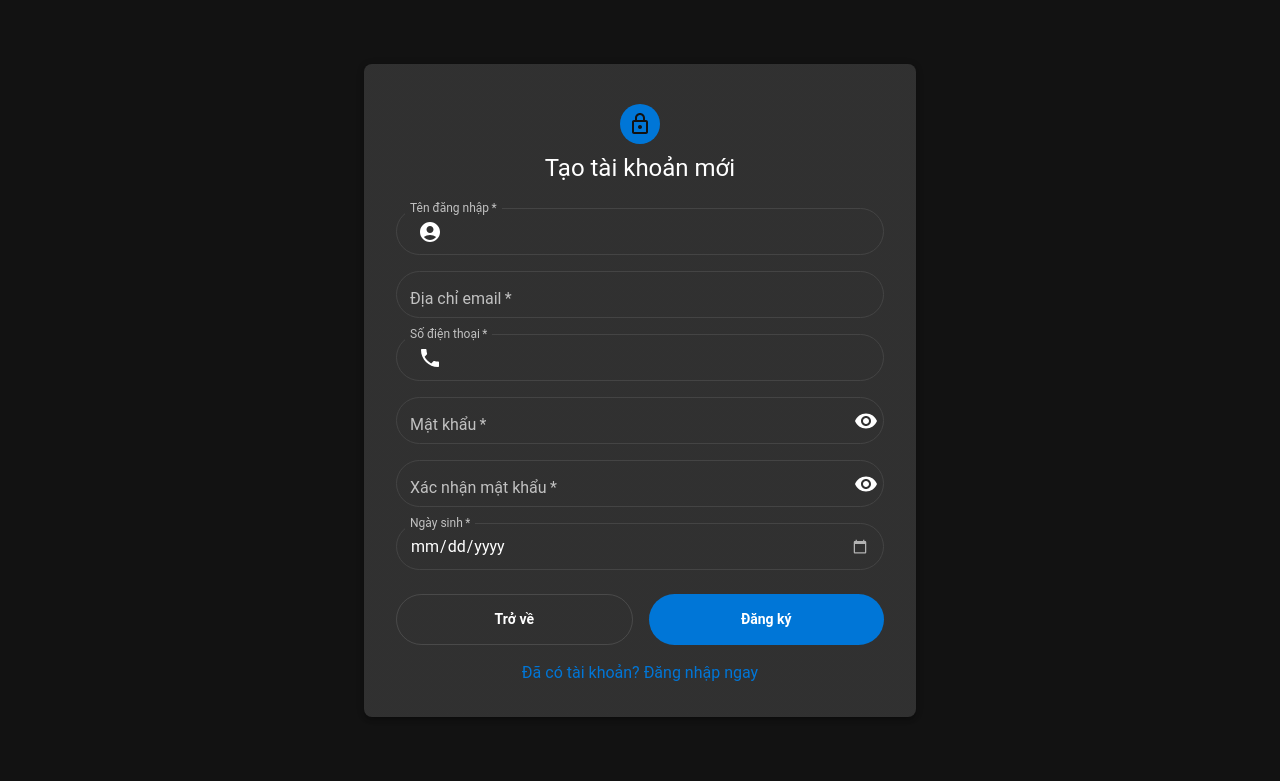
Repository: thtrunghau/ecommerce-ui-dacntt
Page: /auth/register
An editor plug-in stored every save of this project. The page is shown before and after the next save, followed by the edit.
The browser window is 1280 px wide. The pictures show the whole page.
The project was rebuilt for these pictures with package versions that can differ from the ones it lists, and the page was loaded fresh each time. Also part of the build but not shown: vite.config.ts, src/mockData/mockData.ts, src/utils/helpers.ts, src/components/shared/NavDropdown.tsx, src/components/shared/UserMenu.tsx, src/components/shared/Header.tsx, src/components/common/RoundedButton.tsx, src/components/features/home/HeroSection.tsx and 7 more.

Above is the page before, as saved 2025-06-13 00:22:32.

### src/index.css
@tailwind base;
@tailwind components;
@tailwind utilities;

/* Custom line clamp utilities */
.line-clamp-2 {
  display: -webkit-box;
  -webkit-line-clamp: 2;
  -webkit-box-orient: vertical;
  overflow: hidden;
}

/* Animation utilities */
@keyframes fade-in-up {
  from {
    opacity: 0;
    transform: translateY(20px);
  }
  to {
    opacity: 1;
    transform: translateY(0);
  }
}

.animate-fade-in-up {
  animation: fade-in-up 0.6s ease-out;
}

### src/App.tsx
import { BrowserRouter as Router, Routes, Route } from "react-router-dom";
import Header from "./components/shared/Header";
import Home from "./pages/Home";
import Footer from "./components/shared/Footer";
import { AuthProvider } from "./contexts/AuthContext";
import Register from "./pages/auth/Register";
import Login from "./pages/auth/Login";
import RegisterStandalone from "./pages/auth/RegisterStandalone";
import LoginStandalone from "./pages/auth/LoginStandalone";

export default function App() {
  return (
    <AuthProvider>
      <Router>
        {" "}
        <Routes>
          {" "}
          {/* Auth routes */}
          <Route path="/auth">
            <Route path="register" element={<RegisterStandalone />} />
            <Route path="login" element={<LoginStandalone />} />
          </Route>
          {/* Main layout routes with header/footer */}
          <Route
            path="/*"
            element={
              <div className="flex min-h-screen flex-col">
                <Header />
                <main className="flex-grow pt-24 lg:pt-28">
                  <Routes>
                    <Route path="/" element={<Home />} />
                    <Route path="/register" element={<Register />} />
                    <Route path="/login" element={<Login />} />
                    {/* Add other routes here as needed */}
                  </Routes>
                </main>
                <Footer />
              </div>
            }
          />
        </Routes>
      </Router>
    </AuthProvider>
  );
}

### src/contexts/AuthContext.tsx
import {
  createContext,
  useContext,
  useState,
  type ReactNode,
  useMemo,
} from "react";

interface User {
  id: string;
  username: string;
  email: string;
  phone?: string; // Thêm trường số điện thoại
  name?: string;
  avatar?: string;
}

interface AuthContextType {
  isAuthenticated: boolean;
  user: User | null;
  login: (user: User) => void;
  logout: () => void;
  register: (user: User) => void;
}

const AuthContext = createContext<AuthContextType | undefined>(undefined);

export const AuthProvider = ({ children }: { children: ReactNode }) => {
  const [user, setUser] = useState<User | null>(null);

  // Kiểm tra trạng thái xác thực từ localStorage khi khởi động
  const isAuthenticated = Boolean(user);

  const login = (userData: User) => {
    setUser(userData);
    localStorage.setItem("user", JSON.stringify(userData));
  };

  const logout = () => {
    setUser(null);
    localStorage.removeItem("user");
  };

  const register = (userData: User) => {
    // Trong thực tế, đây là nơi bạn sẽ gọi API đăng ký
    setUser(userData);
    localStorage.setItem("user", JSON.stringify(userData));
  };

  const value = useMemo(
    () => ({
      isAuthenticated,
      user,
      login,
      logout,
      register,
    }),
    [isAuthenticated, user],
  );

  return <AuthContext.Provider value={value}>{children}</AuthContext.Provider>;
};

export const useAuth = () => {
  const context = useContext(AuthContext);
  if (context === undefined) {
    throw new Error("useAuth must be used within an AuthProvider");
  }
  return context;
};

### src/pages/auth/RegisterStandalone.tsx
import React, { useState } from "react";
import { Link, useNavigate } from "react-router-dom";
import {
  Container,
  Box,
  Typography,
  TextField,
  Button,
  Paper,
  Avatar,
  IconButton,
  InputAdornment,
  ThemeProvider,
  createTheme,
  CssBaseline,
  Alert,
} from "@mui/material";
import {
  Visibility,
  VisibilityOff,
  AccountCircle,
  LockOutlined,
  Phone as PhoneIcon,
} from "@mui/icons-material";
import useAuthStore from "../../store/authStore";

const darkTheme = createTheme({
  palette: {
    mode: "dark",
    primary: { main: "#0076d7" },
    secondary: { main: "#30336b" },
    background: { default: "#121212", paper: "#1e1e1e" },
  },
  typography: {
    fontFamily: '"Samsung One", "Roboto", "Helvetica", "Arial", sans-serif',
  },  components: {
    MuiTextField: {
      styleOverrides: {
        root: {
          "& .MuiOutlinedInput-root": {
            "& fieldset": { borderRadius: "9999px", borderColor: "#444" },
            "&:hover fieldset": { borderColor: "#666" },
            "&.Mui-focused fieldset": { borderColor: "#0076d7" },
          },          "& .MuiInputBase-input": {
            padding: "12px 14px",
          },
          "& .MuiInputAdornment-root": {
            marginLeft: "8px",
            marginRight: "-4px",
          },
        },
      },
    },
    MuiButton: {
      styleOverrides: {
        root: {
          borderRadius: "4px",
          textTransform: "none",
          fontWeight: 600,            boxShadow: "none",
            padding: "12px 24px",
            borderRadius: "9999px",
            "&:hover": { boxShadow: "none" },
        },
        contained: {
          backgroundColor: "#0076d7",
          "&:hover": { backgroundColor: "#0067be" },
        },
        outlined: {
          borderColor: "rgba(255, 255, 255, 0.12)",
          color: "#fff",
          "&:hover": {
            borderColor: "rgba(255, 255, 255, 0.24)",
            backgroundColor: "rgba(255, 255, 255, 0.04)",
          },
        },
      },
    },
  },
});

interface FormData {
  username: string;
  email: string;
  phone: string;
  dateOfBirth: string;
  password: string;
  confirmPassword: string;
}

const initialFormData: FormData = {
  username: "",
  email: "",
  phone: "",
  dateOfBirth: "",
  password: "",
  confirmPassword: "",
};

const RegisterStandalone: React.FC = () => {
  const navigate = useNavigate();
  const { register } = useAuthStore();
  const [formData, setFormData] = useState<FormData>(initialFormData);
  const [showPassword, setShowPassword] = useState<boolean>(false);
  const [showConfirmPassword, setShowConfirmPassword] =
    useState<boolean>(false);
  const [errors, setErrors] = useState<Partial<FormData>>({});
  const [formError, setFormError] = useState<string | null>(null);

  const handleChange = (e: React.ChangeEvent<HTMLInputElement>) => {
    const { name, value } = e.target;
    setFormData((prev) => ({ ...prev, [name]: value }));
    if (errors[name as keyof FormData]) {
      setErrors((prev) => ({ ...prev, [name]: undefined }));
    }
    if (formError) setFormError(null);
  };

  const validateForm = (): boolean => {
    const newErrors: Partial<FormData> = {};
    let isValid = true;
    if (!formData.username.trim()) {
      newErrors.username = "Tên đăng nhập là bắt buộc";
      isValid = false;    } else if (formData.username.length < 3) {
      newErrors.username = "Tên đăng nhập phải có ít nhất 3 ký tự";
      isValid = false;
    }
    if (!formData.dateOfBirth) {
      newErrors.dateOfBirth = "Ngày sinh là bắt buộc";
      isValid = false;
    } else {
      const birthDate = new Date(formData.dateOfBirth);
      const today = new Date();
      if (birthDate >= today) {
        newErrors.dateOfBirth = "Ngày sinh không hợp lệ";
        isValid = false;
      }
    }
    if (!formData.email.trim()) {
      newErrors.email = "Email là bắt buộc";
      isValid = false;
    } else {
      const emailRegex = /^[^\s@]+@[^\s@]+\.[^\s@]+$/;
      if (!emailRegex.test(formData.email)) {
        newErrors.email = "Email không hợp lệ";
        isValid = false;
      }
    }
    if (!formData.phone.trim()) {
      newErrors.phone = "Số điện thoại là bắt buộc";
      isValid = false;
    } else {
      const phoneRegex = /^0\d{9}$/;
      if (!phoneRegex.test(formData.phone)) {
        newErrors.phone =
          "Số điện thoại không hợp lệ (phải có 10 số và bắt đầu bằng 0)";
        isValid = false;
      }
    }
    if (!formData.password) {
      newErrors.password = "Mật khẩu là bắt buộc";
      isValid = false;
    } else if (formData.password.length < 6) {
      newErrors.password = "Mật khẩu phải có ít nhất 6 ký tự";
      isValid = false;
    }
    if (formData.password !== formData.confirmPassword) {
      newErrors.confirmPassword = "Mật khẩu xác nhận không khớp";
      isValid = false;
    }
    setErrors(newErrors);
    return isValid;
  };

  const handleSubmit = (e: React.FormEvent<HTMLFormElement>) => {
    e.preventDefault();
    if (validateForm()) {
      try {
        const newUser = {
          id: crypto.randomUUID(),
          username: formData.username,
          email: formData.email,
          phone: formData.phone,
        };
        register(newUser);
        navigate("/");
      } catch (error) {
        setFormError("Đã xảy ra lỗi khi đăng ký. Vui lòng thử lại.");
        console.error("Registration error:", error);
      }
    }
  };

  return (
    <ThemeProvider theme={darkTheme}>
      <CssBaseline />
      <Container component="main" maxWidth="sm" sx={{ mb: 8, mt: 8 }}>
        <Paper
          elevation={3}
          sx={{
            p: 4,
            display: "flex",
            flexDirection: "column",
            alignItems: "center",
            bgcolor: "background.paper",
            borderRadius: 2,
          }}
        >
          <Avatar sx={{ m: 1, bgcolor: "primary.main" }}>
            <LockOutlined />
          </Avatar>
          <Typography component="h1" variant="h5" sx={{ mb: 3 }}>
            Tạo tài khoản mới
          </Typography>
          {formError && (
            <Alert severity="error" sx={{ width: "100%", mb: 2 }}>
              {formError}
            </Alert>
          )}
          <Box component="form" onSubmit={handleSubmit} sx={{ width: "100%" }}>
            <div className="flex flex-col gap-4">
              <TextField
                name="username"
                required
                fullWidth
                id="username"
                label="Tên đăng nhập"
                value={formData.username}
                onChange={handleChange}
                error={Boolean(errors.username)}
                helperText={errors.username}
                InputProps={{
                  startAdornment: (
                    <InputAdornment position="start">
                      <AccountCircle sx={{ color: "action.active" }} />
                    </InputAdornment>
                  ),
                }}
              />
              <TextField
                required
                fullWidth
                id="email"
                label="Địa chỉ email"
                name="email"
                autoComplete="email"
                value={formData.email}
                onChange={handleChange}
                error={Boolean(errors.email)}
                helperText={errors.email}
              />
              <TextField
                required
                fullWidth
                id="phone"
                label="Số điện thoại"
                name="phone"
                autoComplete="tel"
                value={formData.phone}
                onChange={handleChange}
                error={Boolean(errors.phone)}
                helperText={errors.phone}
                InputProps={{
                  startAdornment: (
                    <InputAdornment position="start">
                      <PhoneIcon sx={{ color: "action.active" }} />
                    </InputAdornment>
                  ),
                }}
              />
              <TextField
                required
                fullWidth
                name="password"
                label="Mật khẩu"
                type={showPassword ? "text" : "password"}
                id="password"
                autoComplete="new-password"
                value={formData.password}
                onChange={handleChange}
                error={Boolean(errors.password)}
                helperText={errors.password}
                InputProps={{
                  endAdornment: (
                    <InputAdornment position="end">
                      <IconButton
                        aria-label="toggle password visibility"
                        onClick={() => setShowPassword(!showPassword)}
                        edge="end"
                      >
                        {showPassword ? <VisibilityOff /> : <Visibility />}
                      </IconButton>
                    </InputAdornment>
                  ),
                }}
              />              <TextField
                required
                fullWidth
                name="confirmPassword"
                label="Xác nhận mật khẩu"
                type={showConfirmPassword ? "text" : "password"}
                id="confirmPassword"
                value={formData.confirmPassword}
                onChange={handleChange}
                error={Boolean(errors.confirmPassword)}
                helperText={errors.confirmPassword}
                InputProps={{
                  endAdornment: (
                    <InputAdornment position="end">
                      <IconButton
                        aria-label="toggle confirm password visibility"
                        onClick={() =>
                          setShowConfirmPassword(!showConfirmPassword)
                        }
                        edge="end"
                      >
                        {showConfirmPassword ? (
                          <VisibilityOff />
                        ) : (
                          <Visibility />
                        )}
                      </IconButton>
                    </InputAdornment>
                  ),
                }}
              />
              <TextField
                required
                fullWidth
                id="dateOfBirth"
                label="Ngày sinh"
                name="dateOfBirth"
                type="date"
                value={formData.dateOfBirth}
                onChange={handleChange}
                error={Boolean(errors.dateOfBirth)}
                helperText={errors.dateOfBirth}
                InputLabelProps={{
                  shrink: true,
                }}
                sx={{
                  "& input[type=date]::-webkit-calendar-picker-indicator": {
                    filter: "invert(0.7)",
                  },
                }}
              />
            </div>
            <div className="flex gap-4 mt-6">
              <Button
                onClick={() => navigate(-1)}
                fullWidth
                variant="outlined"
                sx={{
                  borderRadius: "9999px",
                  py: 1.5,
                  borderColor: "rgba(255, 255, 255, 0.12)",
                  "&:hover": {
                    borderColor: "rgba(255, 255, 255, 0.24)",
                  },
                }}
              >
                Trở về
              </Button>
              <Button
                type="submit"
                fullWidth
                variant="contained"
                sx={{
                  borderRadius: "9999px",
                  py: 1.5,
                  bgcolor: "#0076d7",
                  "&:hover": {
                    bgcolor: "#0067be",
                  },
                }}
              >
                Đăng ký
              </Button>
            </div>            <div className="flex justify-center mt-4">
              <Link
                to="/auth/login"
                className="text-primary hover:text-primary/90 transition-colors duration-200"
                style={{ color: darkTheme.palette.primary.main }}
              >
                Đã có tài khoản? Đăng nhập ngay
              </Link>
            </div>
          </Box>
        </Paper>
      </Container>
    </ThemeProvider>
  );
};

export default RegisterStandalone;

### src/store/authStore.ts
import { create } from "zustand";

interface User {
  id: string;
  username: string;
  email: string;
  phone?: string; // Thêm trường số điện thoại
  name?: string;
  avatar?: string;
}

interface AuthState {
  isAuthenticated: boolean;
  user: User | null;
  login: (user: User) => void;
  logout: () => void;
  register: (user: User) => void;
}

// Tạo Auth Store với Zustand
const useAuthStore = create<AuthState>((set) => {
  // Kiểm tra user từ localStorage
  const savedUser = localStorage.getItem("user");
  const parsedUser = savedUser ? JSON.parse(savedUser) : null;

  return {
    isAuthenticated: Boolean(parsedUser),
    user: parsedUser,

    login: (user) => {
      localStorage.setItem("user", JSON.stringify(user));
      set({ isAuthenticated: true, user });
    },

    logout: () => {
      localStorage.removeItem("user");
      set({ isAuthenticated: false, user: null });
    },

    register: (user) => {
      localStorage.setItem("user", JSON.stringify(user));
      set({ isAuthenticated: true, user });
    },
  };
});

export default useAuthStore;

### tailwind.config.js
/** @type {import('tailwindcss').Config} */
export default {
  content: ["./index.html", "./src/**/*.{js,ts,jsx,tsx}"],
  theme: {
    extend: {},
  },
  plugins: [],
  corePlugins: {
    lineClamp: true,
  },
};

Loaded but not shown: index.html (common file); src/main.tsx (common file)

After the next save:
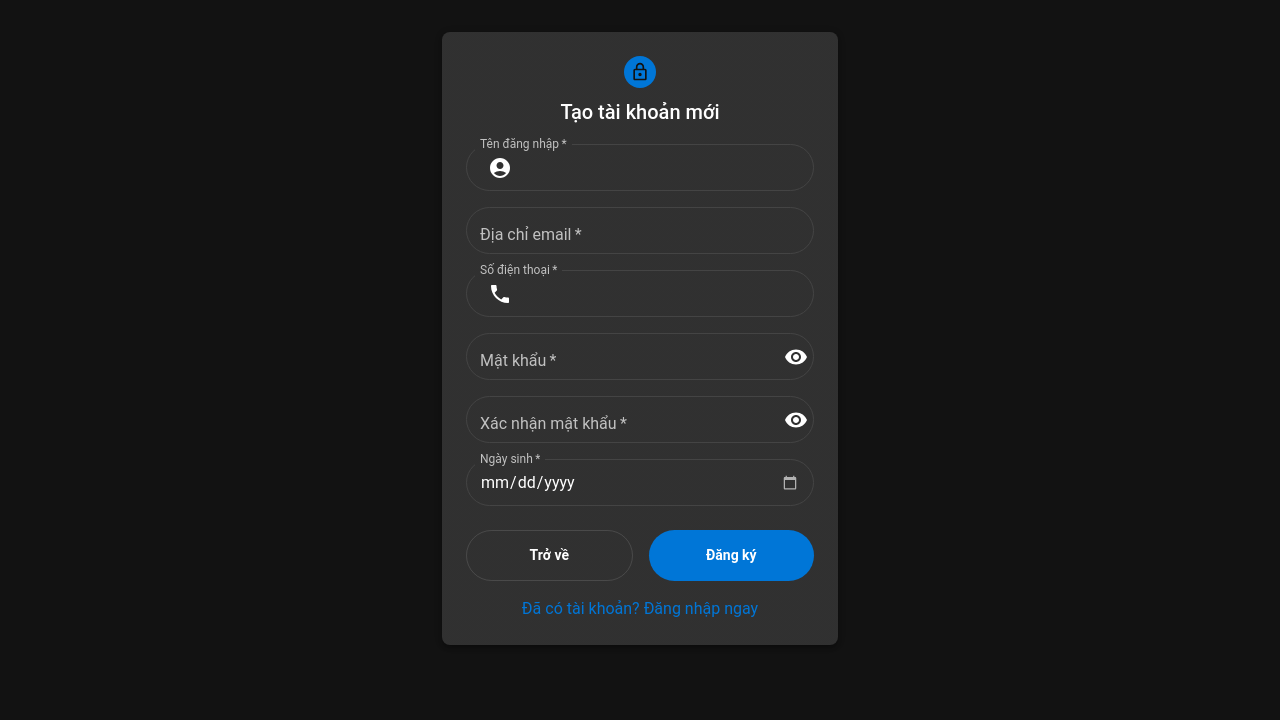
Saved 15 s later.
--- a/src/pages/auth/RegisterStandalone.tsx
+++ b/src/pages/auth/RegisterStandalone.tsx
@@ -192,12 +192,11 @@ const RegisterStandalone: React.FC = () => {
 
   return (
     <ThemeProvider theme={darkTheme}>
-      <CssBaseline />
-      <Container component="main" maxWidth="sm" sx={{ mb: 8, mt: 8 }}>
+      <CssBaseline />      <Container component="main" maxWidth="xs" sx={{ mb: 4, mt: 4 }}>
         <Paper
           elevation={3}
           sx={{
-            p: 4,
+            p: 3,
             display: "flex",
             flexDirection: "column",
             alignItems: "center",
@@ -205,10 +204,10 @@ const RegisterStandalone: React.FC = () => {
             borderRadius: 2,
           }}
         >
-          <Avatar sx={{ m: 1, bgcolor: "primary.main" }}>
-            <LockOutlined />
+          <Avatar sx={{ mb: 1, bgcolor: "primary.main", width: 32, height: 32 }}>
+            <LockOutlined sx={{ fontSize: 20 }} />
           </Avatar>
-          <Typography component="h1" variant="h5" sx={{ mb: 3 }}>
+          <Typography component="h1" variant="h6" sx={{ mb: 2 }}>
             Tạo tài khoản mới
           </Typography>
           {formError && (
